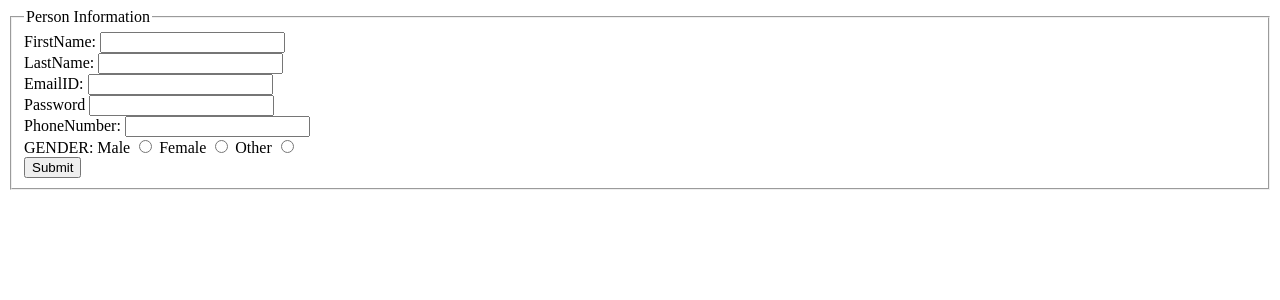
Repository: Tharungandhi/ServeltProject
Page: LginRegistrationApp/WebContent/login.html
The author's editor kept a copy of each file at every save. The page is drawn from the files as they stood at one save, then again after the next save.
The browser window is 1280 px wide. The pictures show the whole page.

Above is the page before, as saved 2019-01-22 09:04:29.

After the next save:
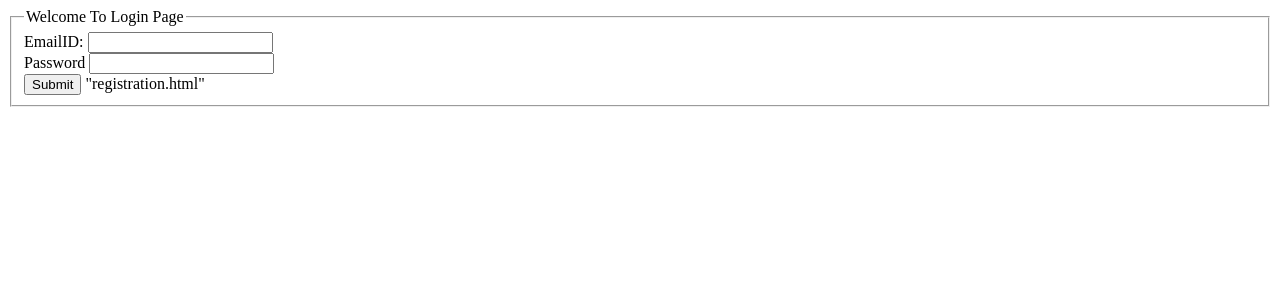
Saved 13 min 10 s later.
--- a/LginRegistrationApp/WebContent/login.html
+++ b/LginRegistrationApp/WebContent/login.html
@@ -2,20 +2,13 @@
 <html>
 <head>
 <meta charset="UTF-8">
-<title>Sign Up</title>
+<title>Login Page</title>
 </head>
 <body>
 <form action="login" method="post">
 
 <fieldset>
-<legend>Person Information</legend>
-<div>
-<label>FirstName:</label>
-<input type="text" name="firstname" value="" required/> </div>
-<div>
-<label>LastName:</label>
-<input type="text" name="lastname" value="" required/> </div>
-<div>
+<legend>Welcome To Login Page</legend>
 <label>EmailID:</label>
 <input type="text" name="emailid" value="" required/> </div>
 <div>
@@ -23,18 +16,8 @@
 <label>Password</label>
 <input type="password" name="password" value="" required/>
 </div>
-<label>PhoneNumber:</label>
-<input type="text" name="phonenumber" value="" required/> </div>
-<div>
-<label>GENDER:</label>
-<label>Male</label>
-<input type="radio" name="gender" value="male" required/>
-<label>Female</label>
-<input type="radio" name="gender" value="female" required/>
-<label>Other</label>
-<input type="radio" name="gender" value="other" required/>
-</div>
 <input type="submit" name="submit"/>
+<href>"registration.html"</href>
 </fieldset>
 </form>
 </body>
